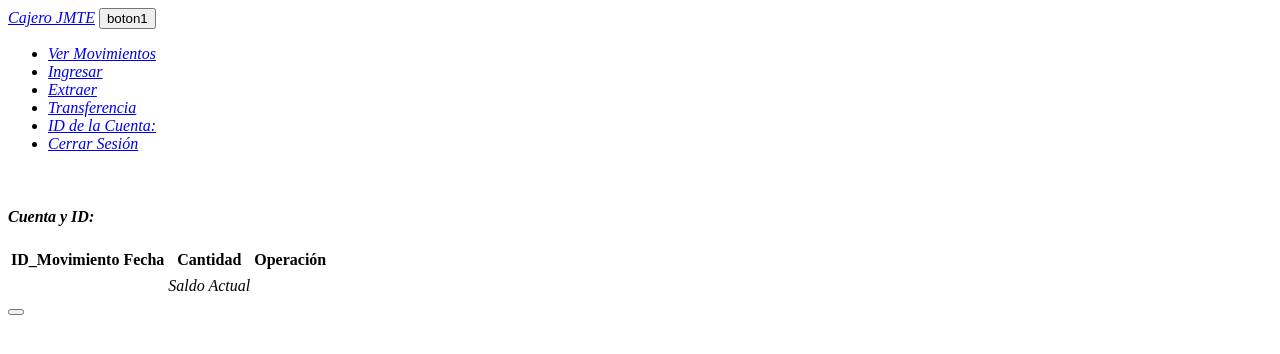
Repository: addryx/a3-cajero-virtual
Page: http://localhost/a3-cajero-virtual/vistas/opcionesCajero.jsp
The author's editor kept a copy of each file at every save. The page is drawn from the files as they stood at one save, then again after the next save.
The browser window is 1280 px wide. The pictures show the whole page.
The page is served by Tomcat 9. The template is opened directly, without the code that normally fills it, so the values that code supplies are empty.

Above is the page before, as saved 2022-12-05 16:34:48.

After the next save:
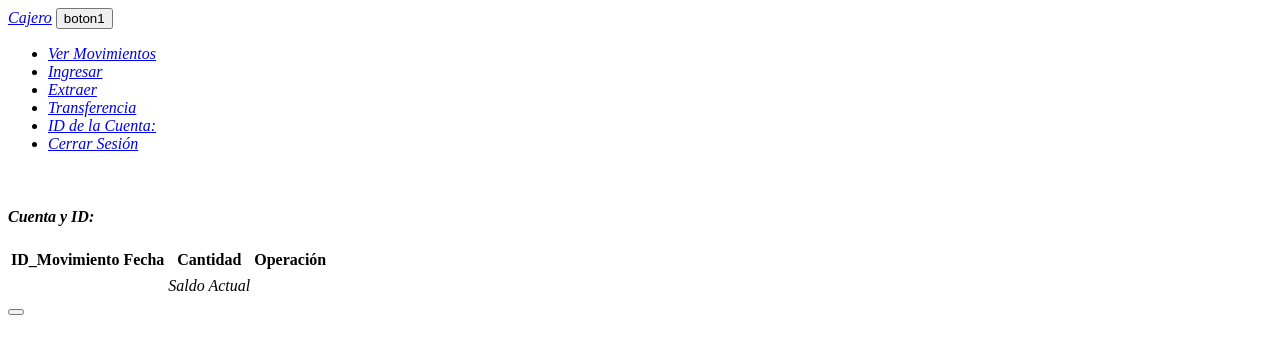
Saved 13 s later.
--- a/a3-cajero-virtual/src/main/webapp/vistas/opcionesCajero.jsp
+++ b/a3-cajero-virtual/src/main/webapp/vistas/opcionesCajero.jsp
@@ -11,7 +11,7 @@
 		<header>
 			<nav>
 				<div>
-					<a href="/cajero/"><i>Cajero JMTE</i></a>
+					<a href="/cajero/"><i>Cajero</i></a>
 					<button type="button"><span>boton1</span></button>
 					<div>
 						<ul>
